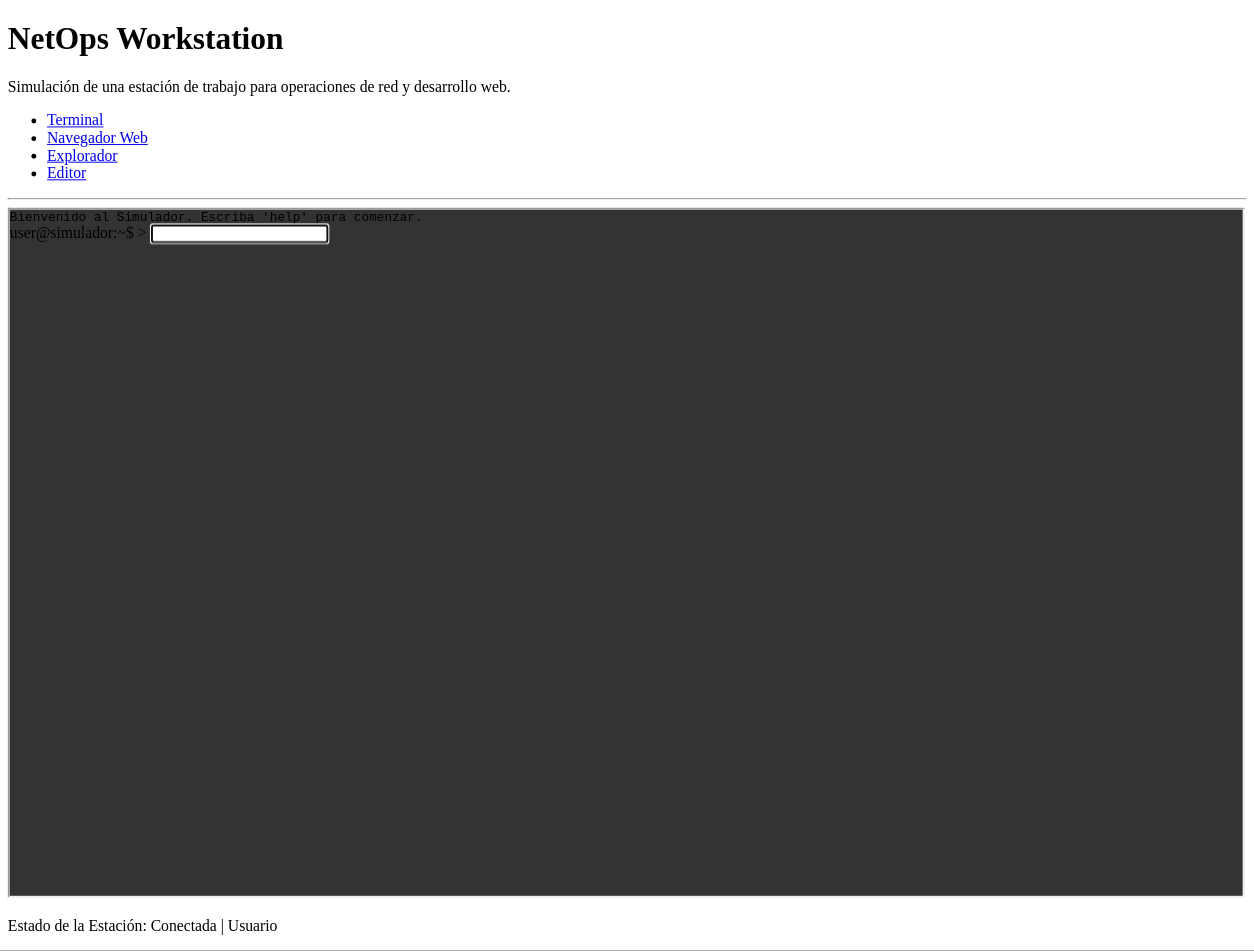
Repository: ValdezGalia/ProgramacionWebUcab
Page: lan-01.html
The author's editor kept a copy of each file at every save. The page is drawn from the files as they stood at one save, then again after a run of saves.
The browser window is 1280 px wide. The pictures show the whole page, at 98% of full size.

Above is the page before, as saved 2025-11-13 16:01:30.

After the next 5 saves:
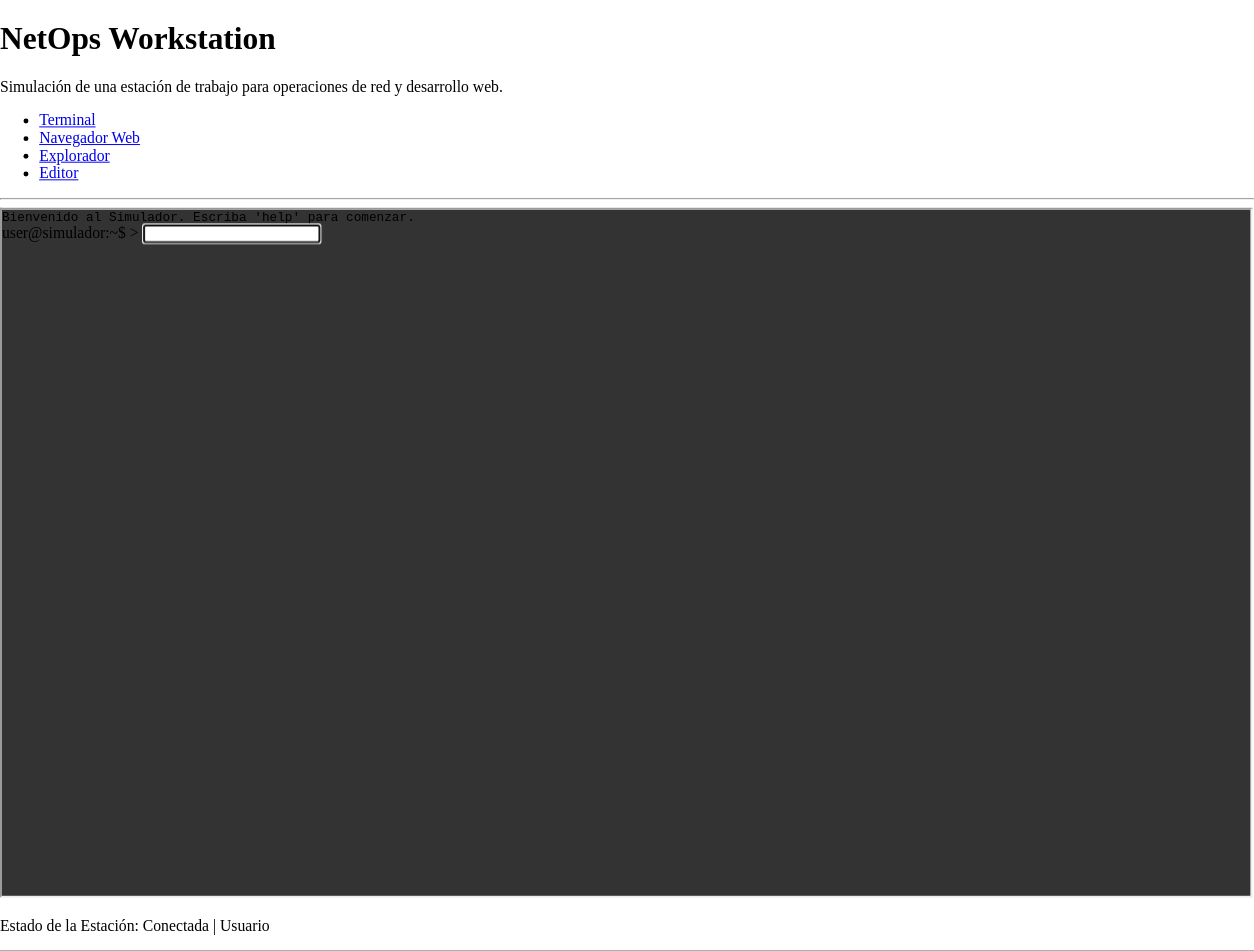
The 5 saves are shown as one change because they came seconds apart.
The last was saved 18 s later.
--- a/lan-01.html
+++ b/lan-01.html
@@ -5,6 +5,7 @@
     <meta charset="UTF-8">
     <meta name="viewport" content="width=device-width, initial-scale=1.0">
     <meta name="author" content="Orlando Valdez / Jenry Youssef / Oscar Torres">
+    <link rel="stylesheet" href="/style/lan-01.css">
     <title>NetOps Workstation: Estación de Trabajo</title>
 </head>
 
